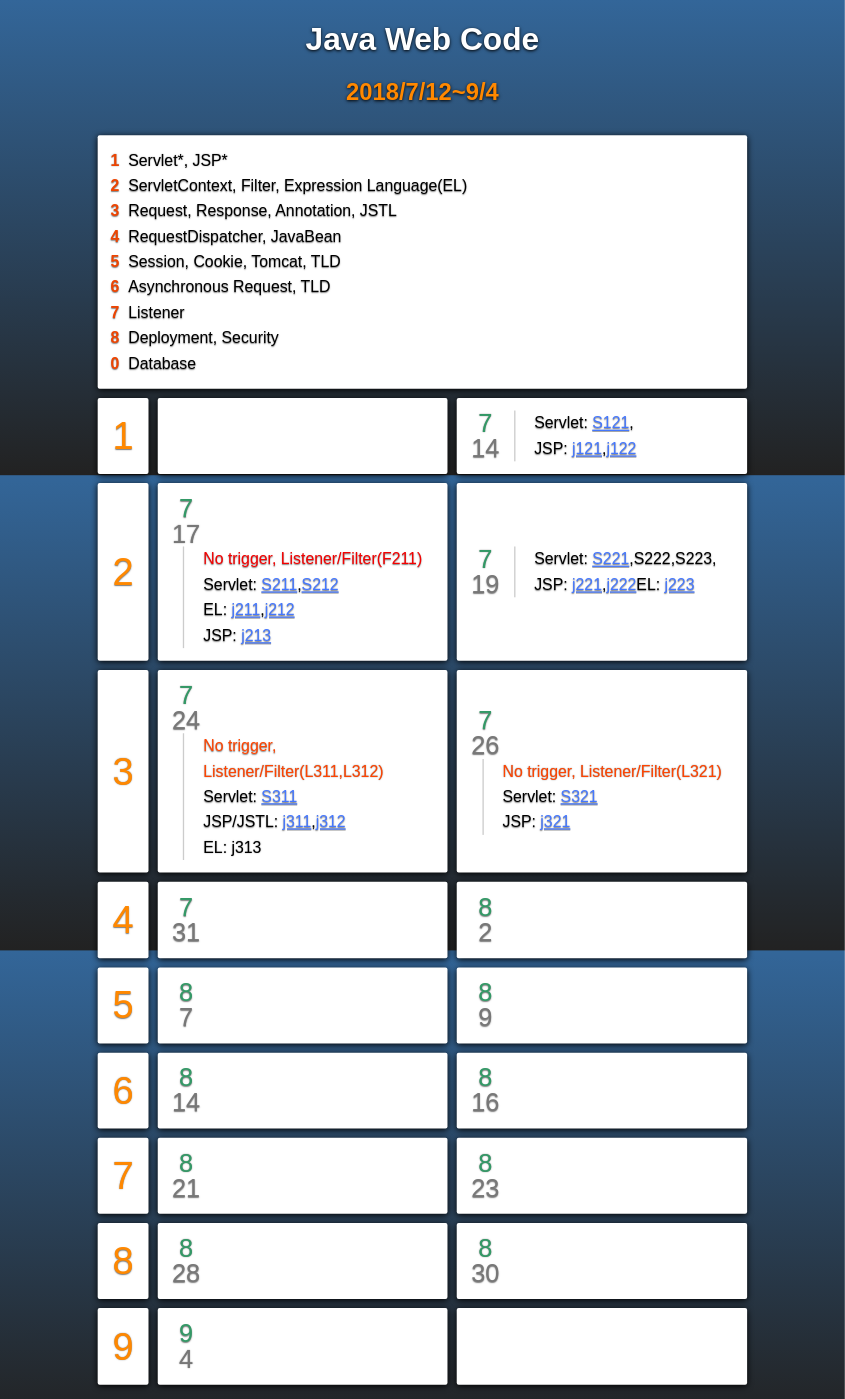
Repository: anxhuang/Java_Web
Page: http://localhost/code/index.jsp
An editor plug-in stored every save of this project. The page is shown before and after the next save, followed by the edit.
The browser window is 1280 px wide. The pictures show the whole page, at 66% of full size.
Backgrounds fixed to the window are drawn as part of the page. The page is served by Tomcat 9. Other server files are loaded and not shown.

Above is the page before, as saved 2018-07-26 11:43:20.

### code/WebContent/index.jsp
<%@ page language="java" pageEncoding="UTF-8"%>
<!DOCTYPE html>
<html>
<head>
<meta charset="BIG5">
<title>Insert title here</title>
<style>
	body{
		font-size: 0.25in;
		font-family: Arial;
		background: linear-gradient(#369, #222);
		background-attachment: fixed;
	}
	h1{
		color: #FFF;
		text-shadow: 0px 1px 5px #000;
		text-align: center;
	}
	h2{
		color: #F80;
		text-shadow: 0px 1px 5px #000;
		text-align: center;
	}
	red{
		color: #E40;
		font-weight: bold;
	}
	.orange{
		color: #F80;
		font-size: 0.6in;
		text-align: center;
	}
	.date{
		width: 0.5in;
		color: #396;
		font-size: 0.4in;
		text-align: center;
	}
	.ex{
		padding-left: 0.3in;
		margin-left: 0.2in;
		border-left: 2px solid #CCC;
	}
	grey{
		color: #777;
	}
	table{
		width: 80%;
		margin: 0 auto;
		border-spacing: 0.15in;
	}
	td{
		color: #000;
		text-shadow: 0px 1px 2px #777;
		line-height: 0.4in;
		padding: 0.2in;
		background: rgba(255,255,255,1.0);
		box-shadow: 0px 2px 10px #000;
		border-radius: 3px;
		vertical-align: middle;
	}
	td div{
		display: inline-block;
		vertical-align: middle;
	}
	td:first-child{
		width: 8%;
	}
	td:nth-child(2){
		width: 46%;
	}
	td:nth-child(3){
		width: 46%;
	}
	a:link		{color: #47F;}
	a:visited	{color: #47F;}
</style>
</head>
<body>

	<h1>Java Web Code</h1><h2>2018/7/12~9/4</h2>

	<table>
		<tbody>
			<tr>
				<td colspan="3">
					<%@ page import="java.util.ArrayList" %>

					<%
					String topics[][]={
						{"1","Servlet*, JSP*"},
						{"2","ServletContext, Filter, Expression Language(EL)"},
						{"3","Request, Response, Annotation, JSTL"},
						{"4","RequestDispatcher, JavaBean"},
						{"5","Session, Cookie, Tomcat, TLD"},
						{"6","Asynchronous Request, TLD"},
						{"7","Listener"},
						{"8","Deployment, Security"},
						{"0","Database"},
					};
					for (String[] topic:topics){
						out.print("<red>"+topic[0]+"</red>&nbsp;&nbsp;"+topic[1]+"<br>");
					}
					%>
				</td>
			</tr>

				<%
					ArrayList<String>	date=new ArrayList<>();
					ArrayList<String>	ex=new ArrayList<>();
					date.add("");
					date.add("7<br><grey>14</grey>");
					date.add("7<br><grey>17</grey>");
					date.add("7<br><grey>19</grey>");
					date.add("7<br><grey>24</grey>");
					date.add("7<br><grey>26</grey>");
					date.add("7<br><grey>31</grey>");
					date.add("8<br><grey>2</grey>");
					date.add("8<br><grey>7</grey>");
					date.add("8<br><grey>9</grey>");
					date.add("8<br><grey>14</grey>");
					date.add("8<br><grey>16</grey>");
					date.add("8<br><grey>21</grey>");
					date.add("8<br><grey>23</grey>");
					date.add("8<br><grey>28</grey>");
					date.add("8<br><grey>30</grey>");
					date.add("9<br><grey>4</grey>");
					date.add("");
					ex.add("");
					ex.add("Servlet: <a href='S121'>S121</a>,<br>JSP: <a href='j121.jsp'>j121</a>,<a href='j122.jsp'>j122</a>");
					ex.add("<font color=#F40'>No trigger, Listener/Filter(F211)</font><br>Servlet: <a href='S211'>S211</a>,<a href='S212'>S212</a><br>EL: <a href='j211.jsp'>j211</a>,<a href='j212.jsp'>j212</a><br>JSP: <a href='j213.jsp'>j213</a>");
					ex.add("Servlet: <a href='S221'>S221</a>,S222,S223,<br>JSP: <a href='j221.jsp'>j221</a>,<a href='j222.jsp'>j222</a>EL: <a href='j223.jsp'>j223</a>");
					ex.add("<font color='#F40'>No trigger, Listener/Filter(L311,L312)</font><br>Servlet: <a href='S311'>S311</a><br>JSP/JSTL: <a href='j311.jsp'>j311</a>,<a href='j312.jsp'>j312</a><br>EL: j313");
					ex.add("<font color='#F40'>No trigger, Listener/Filter(L321)</font><br>Servlet: <a href='S321'>S321</a><br>JSP: <a href='j321.jsp'>j321</a>");
					ex.add("");
					ex.add("");
					ex.add("");
					ex.add("");
					ex.add("");
					ex.add("");
					ex.add("");
					ex.add("");
					ex.add("");
					ex.add("");
					ex.add("");
					ex.add("");
					ex.add("");
					ex.add("");
					for (int i=1; i<=9; i++){
						out.print("<tr><td class='orange'>"+i+"</td><td><div class='date'>"+date.get(i*2-2)+"</div><div class='ex'>"+ex.get(i*2-2)+"</div></td><td><div class='date'>"+date.get(i*2-1)+"</div><div class='ex'>"+ex.get(i*2-1)+"</div></td></tr>");
					}
				%>
		</tbody>
	</table>
</body>
</html>

After the next save:
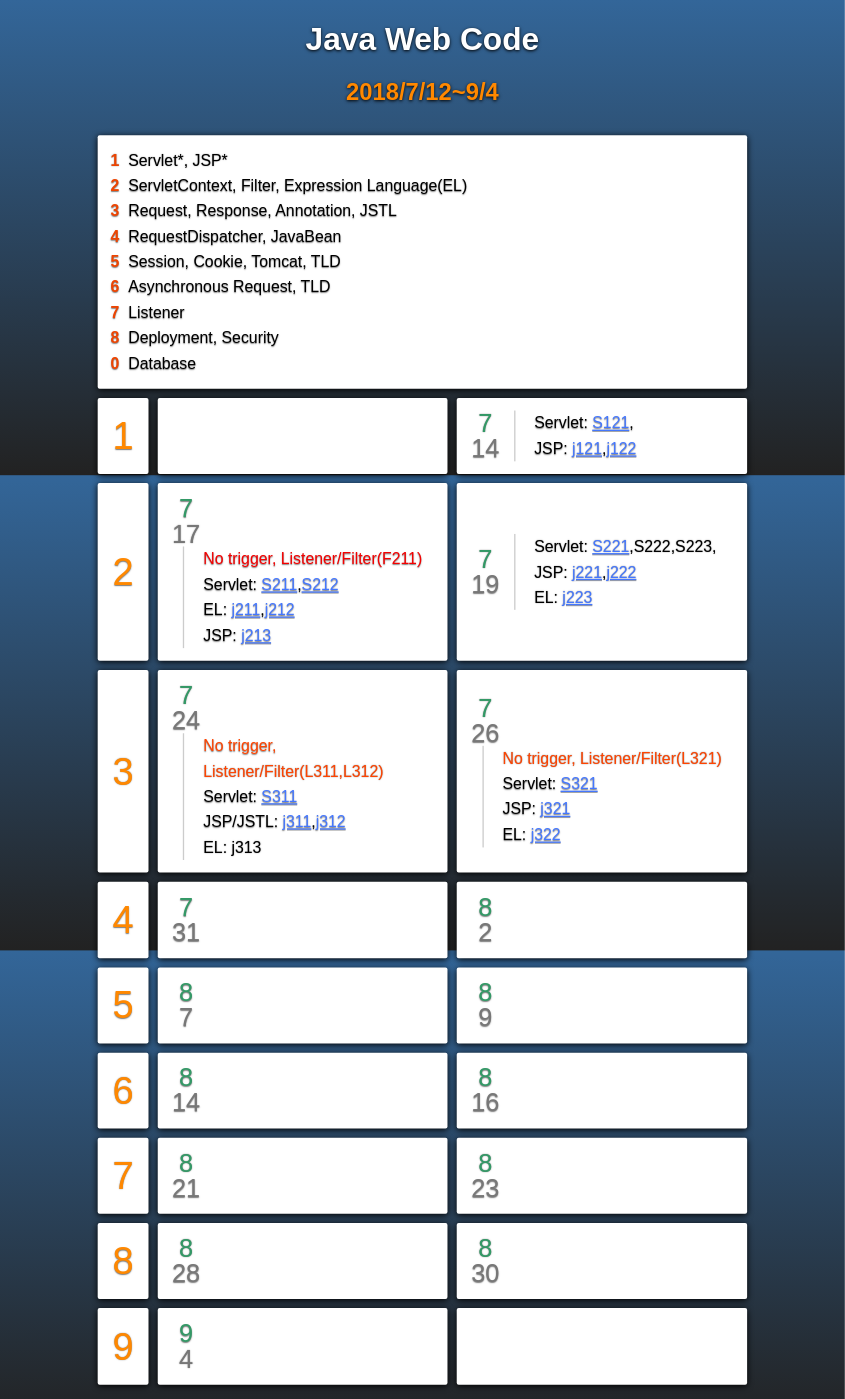
Saved 44 s later.
--- a/code/WebContent/index.jsp
+++ b/code/WebContent/index.jsp
@@ -129,9 +129,9 @@
 					ex.add("");
 					ex.add("Servlet: <a href='S121'>S121</a>,<br>JSP: <a href='j121.jsp'>j121</a>,<a href='j122.jsp'>j122</a>");
 					ex.add("<font color=#F40'>No trigger, Listener/Filter(F211)</font><br>Servlet: <a href='S211'>S211</a>,<a href='S212'>S212</a><br>EL: <a href='j211.jsp'>j211</a>,<a href='j212.jsp'>j212</a><br>JSP: <a href='j213.jsp'>j213</a>");
-					ex.add("Servlet: <a href='S221'>S221</a>,S222,S223,<br>JSP: <a href='j221.jsp'>j221</a>,<a href='j222.jsp'>j222</a>EL: <a href='j223.jsp'>j223</a>");
+					ex.add("Servlet: <a href='S221'>S221</a>,S222,S223,<br>JSP: <a href='j221.jsp'>j221</a>,<a href='j222.jsp'>j222</a><br>EL: <a href='j223.jsp'>j223</a>");
 					ex.add("<font color='#F40'>No trigger, Listener/Filter(L311,L312)</font><br>Servlet: <a href='S311'>S311</a><br>JSP/JSTL: <a href='j311.jsp'>j311</a>,<a href='j312.jsp'>j312</a><br>EL: j313");
-					ex.add("<font color='#F40'>No trigger, Listener/Filter(L321)</font><br>Servlet: <a href='S321'>S321</a><br>JSP: <a href='j321.jsp'>j321</a>");
+					ex.add("<font color='#F40'>No trigger, Listener/Filter(L321)</font><br>Servlet: <a href='S321'>S321</a><br>JSP: <a href='j321.jsp'>j321</a><br>EL: <a href='j322.jsp'>j322</a>");
 					ex.add("");
 					ex.add("");
 					ex.add("");
